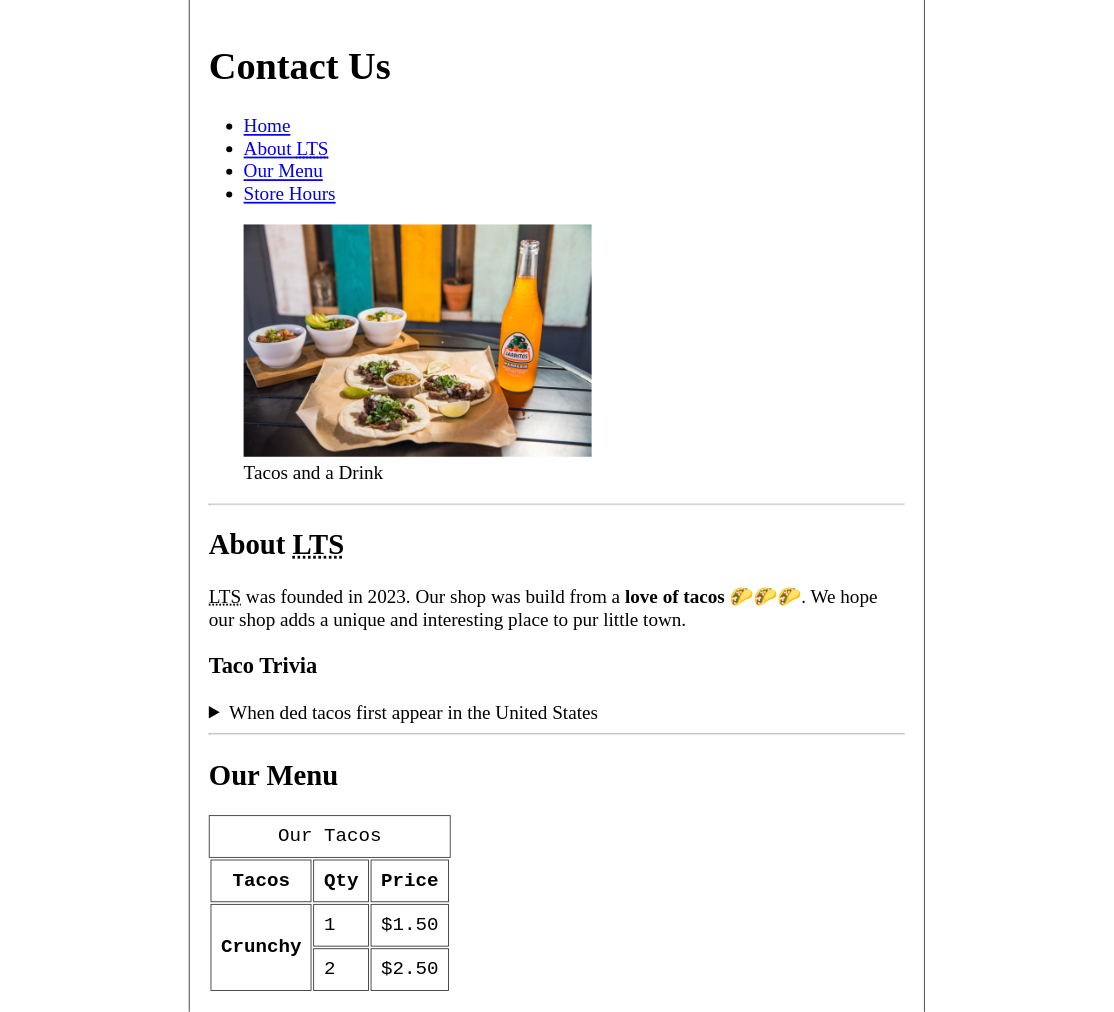
Repository: JavaProgrammerFromEastEurope/project-html-full-tutorial
Page: 10_lesson/contact.html
The author's editor kept a copy of each file at every save. The page is drawn from the files as they stood at one save, then again after a run of saves.
The browser window is 1280 px wide. The pictures show the whole page, at 87% of full size.

Above is the page before, as saved 2023-04-07 05:27:43.

After the next 5 saves:
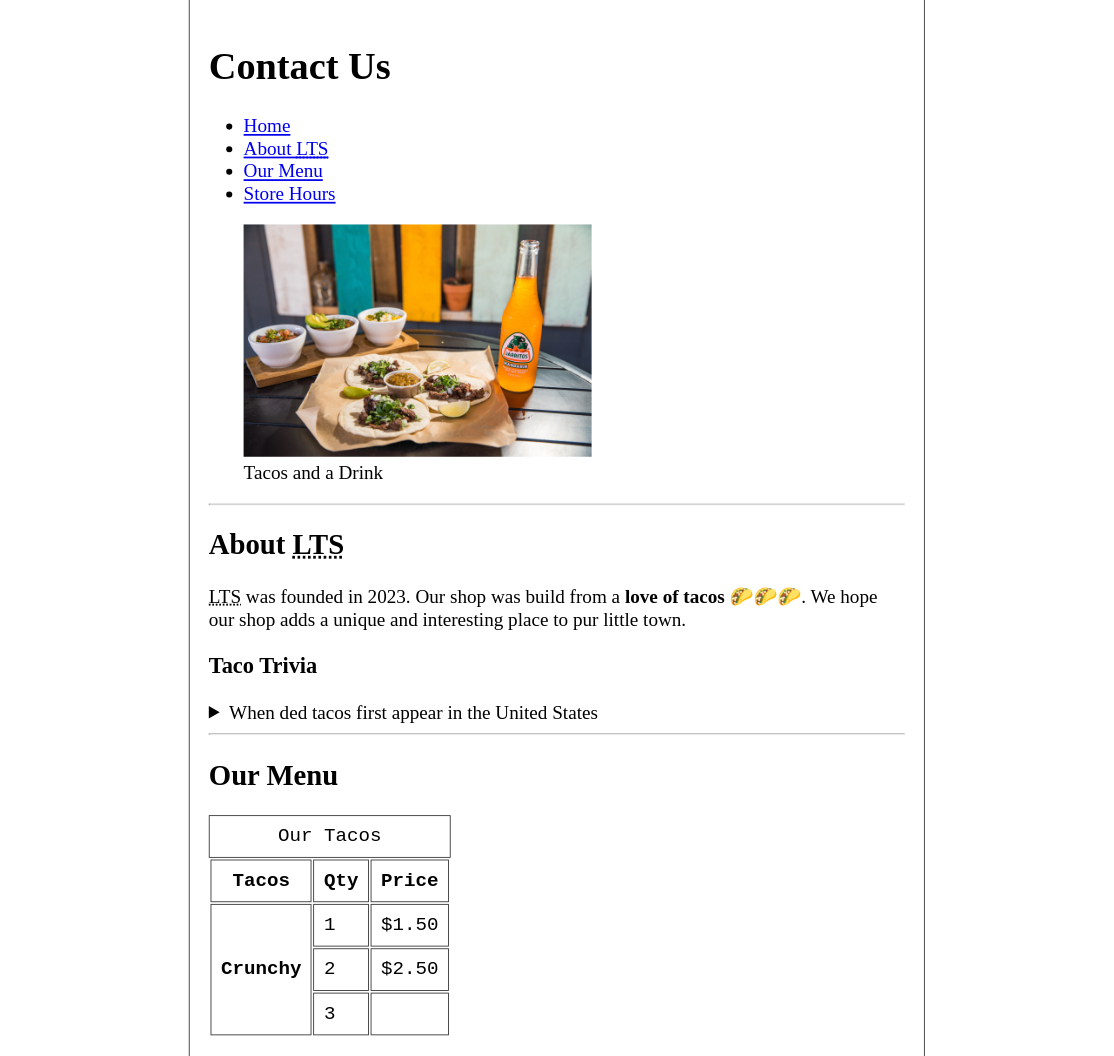
The 5 saves are shown as one change because they came seconds apart.
The last was saved 14 s later.
--- a/10_lesson/contact.html
+++ b/10_lesson/contact.html
@@ -92,6 +92,10 @@
 							<td>2</td>
 							<td>$2.50</td>
 						</tr>
+						<tr>
+							<td>3</td>
+							<td></td>
+						</tr>
 					</tbody>
 				</table>
 			</article>
